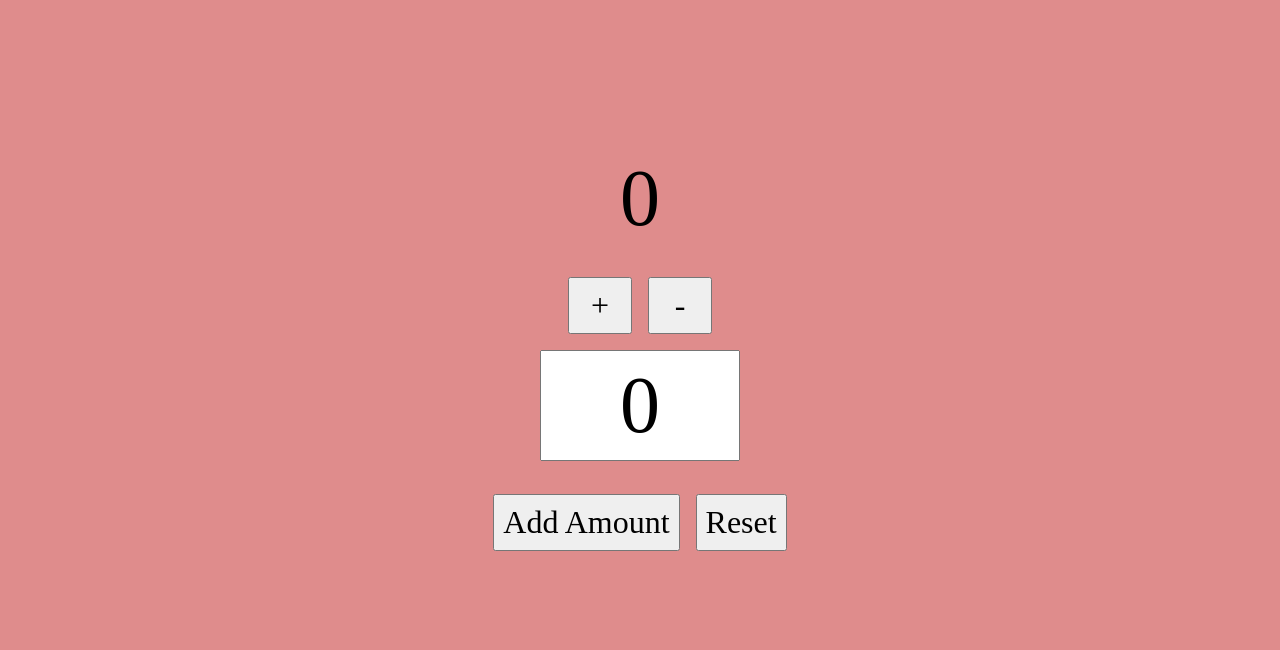
Repository: nasimqureshi/counter-in-redux
Page: /
These files come from the project's save history. The page is drawn as it stood at one moment and after a run of saves; the edit follows.
The browser window is 1280 px wide. The pictures show the whole page.
The project was rebuilt for these pictures with package versions that can differ from the ones it lists, and the page was loaded fresh each time.

Above is the page before, as saved 2024-10-16 23:37:02.

### src/index.js
import React from 'react';
import ReactDOM from 'react-dom';
import './index.css';
import App from './App';
import { store } from './app/store';
import { Provider } from 'react-redux';

ReactDOM.render(
  <React.StrictMode>
    <Provider store={store}>
      <App />
    </Provider>
  </React.StrictMode>,
  document.getElementById('root')
);

### src/index.css
* {
  margin: 0;
  padding: 0;
  box-sizing: border-box;
}

body {
  min-height: 100vh;
  font-size: 5rem;
  display: grid;
  place-content: center;
  background-color: #df8c8c;
}

input,
button {
  font: inherit;
  padding: 0.5rem;
}

section {
  display: flex;
  flex-direction: column;
  justify-content: center;
  align-items: center;
}

input {
  text-align: center;
  max-width: 2.5em;
}

button {
  font-size: 2rem;
  margin: 0.5em 0 0.5em 0.5em;
  min-width: 2em;
}

button:first-child {
  margin-left: 0;
}

### src/App.js

import Counter from "./features/counter/Counter";
function App() {
  return (
    <div className="App">
      <Counter />
    </div>
  );
}

export default App;

### src/app/store.js
import { configureStore } from "@reduxjs/toolkit";
import counterReducer from '../features/counter/counterSlice';

export const store = configureStore({
  reducer: {
    counter: counterReducer,
  }
})

### src/features/counter/Counter.js
import { useSelector, useDispatch } from "react-redux";
import {
    increment,
    decrement,
    reset,
    incrementByAmount
} from './counterSlice';
import { useState } from "react";

const Counter = () => {
    const count = useSelector((state) => state.counter.count);
    const dispatch = useDispatch();

    const [incrementAmount, setIncrementAmount] = useState(0);

    const addValue = Number(incrementAmount) || 0;

    const resetAll = () => {
        setIncrementAmount(0);
        dispatch(reset());
    }

    return (
        <section>
            <p>{count}</p>
            <div>
                <button onClick={() => dispatch(increment())}>+</button>
                <button onClick={() => dispatch(decrement())}>-</button>
            </div>

            <input
                type="text"
                value={incrementAmount}
                onChange={(e) => setIncrementAmount(e.target.value)}
            />

            <div>
                <button onClick={() => dispatch(incrementByAmount(addValue))}>Add Amount</button>
                <button onClick={resetAll}>Reset</button>

                <br />

            </div>
        </section>
    )
}
export default Counter

### src/features/counter/counterSlice.js
import { createSlice } from '@reduxjs/toolkit'

const initialState = {
  count: 0
}
export const counterSlice = createSlice({
    name:'counter',
    initialState,
    reducers: {
      increment: (state) => {
        state.count += 1;
      },
      decrement: (state) => {
        state.count -= 1;
      },
      reset: (state) => {
        state.count = 0;
      },
      incrementByAmount: (state, action) => {
        state.count += action.payload;
      }
    }
})
export const { increment, decrement, reset, incrementByAmount } = counterSlice.actions;
export default counterSlice.reducer;

Loaded but not shown: public/index.html (common file)

After the next 8 saves:
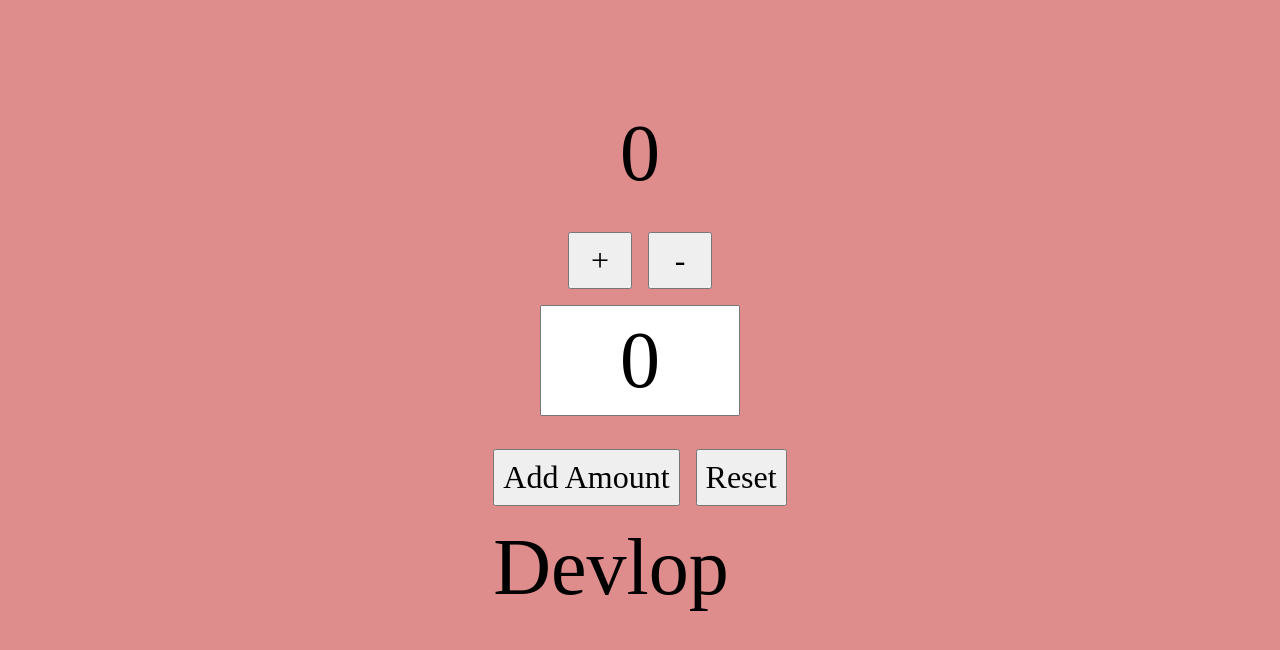
The 8 saves are shown as one change because 1 did not build or start and some came seconds apart.
The last was saved 27 s later.
--- a/src/features/counter/Counter.js
+++ b/src/features/counter/Counter.js
@@ -39,7 +39,7 @@ const Counter = () => {
                 <button onClick={resetAll}>Reset</button>
 
                 <br />
-
+                <p>Devlop</p>
             </div>
         </section>
     )
